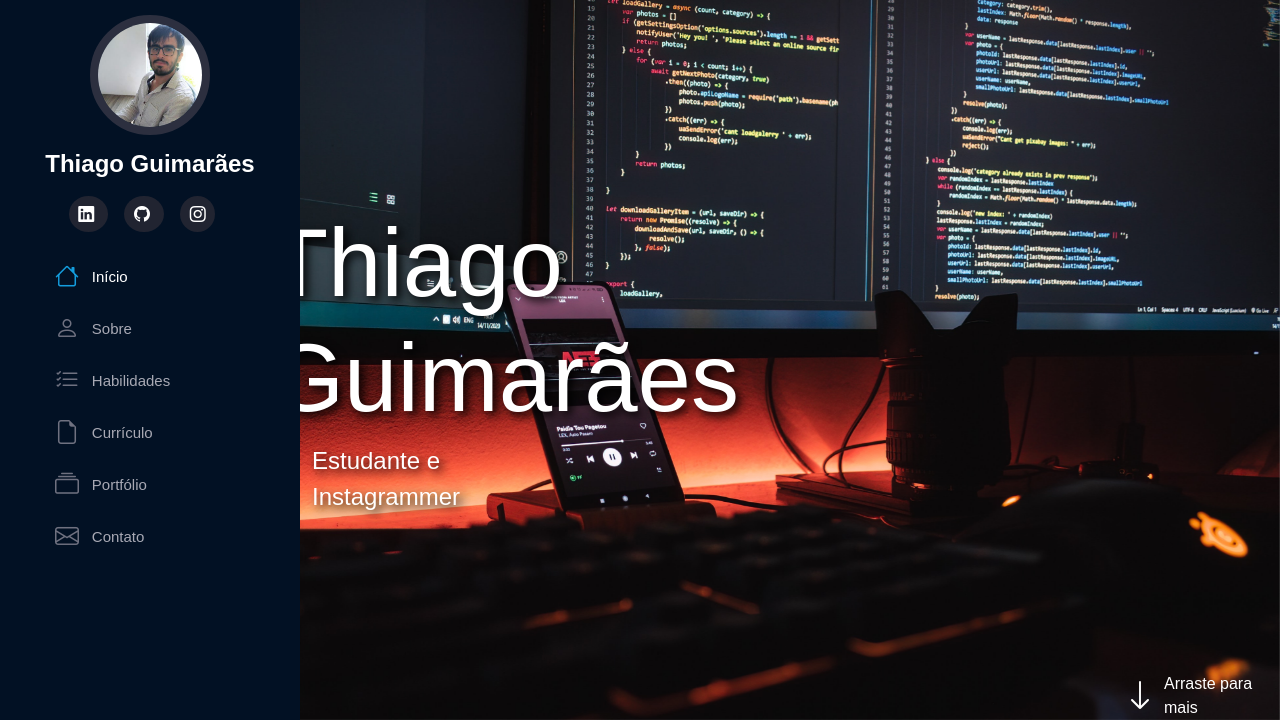
Repository: Rayago/projeto-portfolio
Page: http://localhost/
An editor plug-in stored every save of this project. The page is shown before and after the next save, followed by the edit.
The browser window is 1280 px wide. The pictures show the whole page.
Some web fonts or font styles are not loaded; a fallback is used. The page is served by the project's application, run on Flask 3 (app.py).

Above is the page before, as saved 2022-07-12 20:35:43.

After the next save:
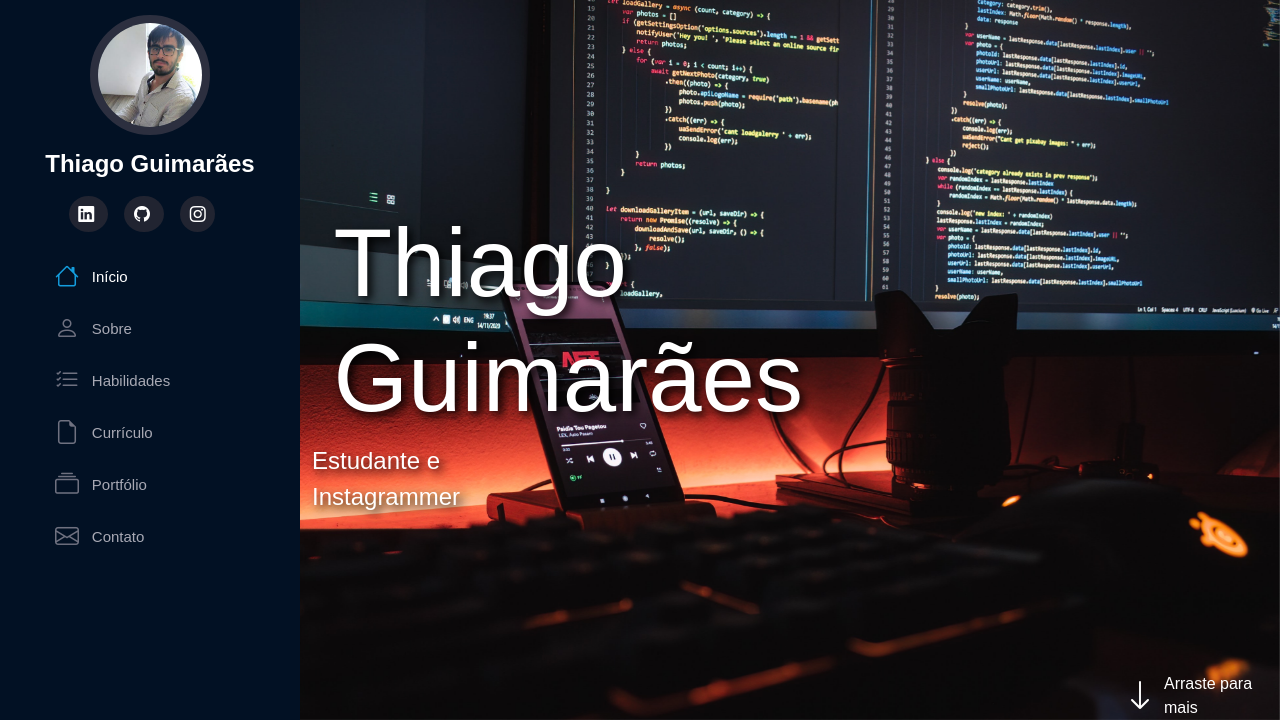
Saved 30 s later.
--- a/static/style.css
+++ b/static/style.css
@@ -104,6 +104,7 @@
 
 section#inicio h2{
     font-size: 6rem;
+    margin-left: 8rem;
 }
 
 section#inicio span#subtitle{

After the save that followed:
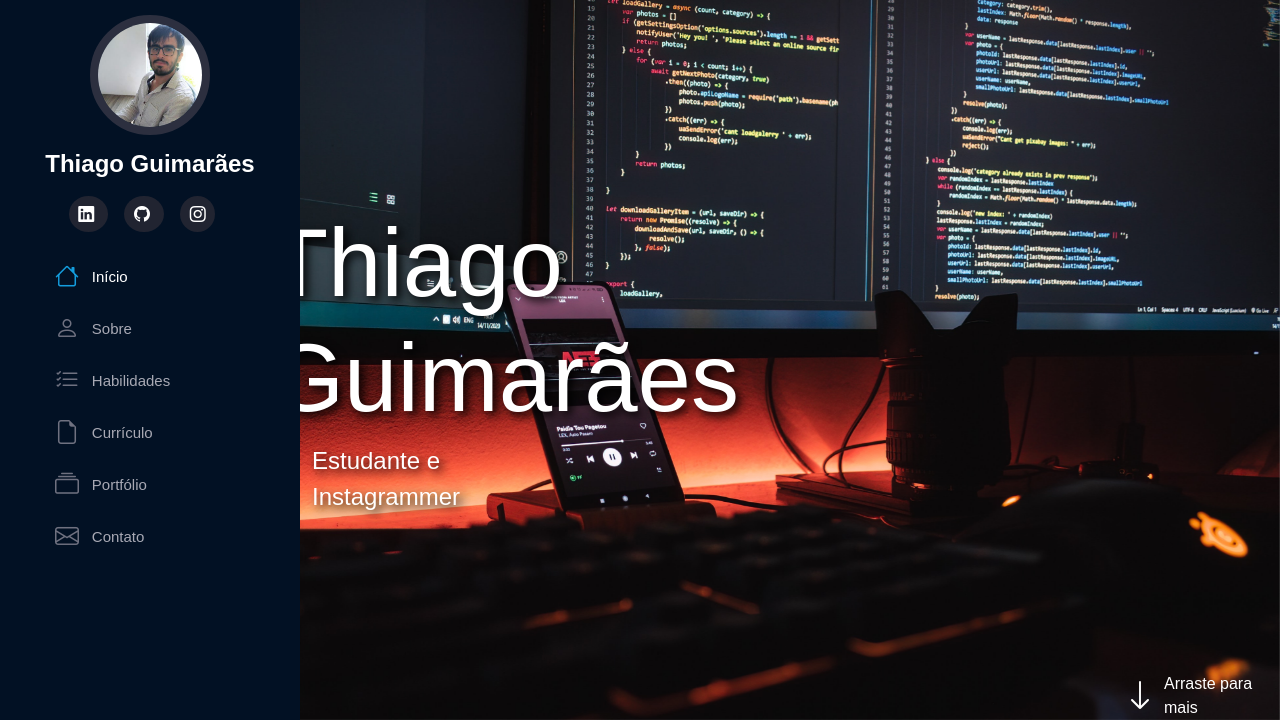
Saved 30 s later.
--- a/static/style.css
+++ b/static/style.css
@@ -105,6 +105,7 @@
 section#inicio h2{
     font-size: 6rem;
     margin-left: 8rem;
+    margin-right: 8rem;
 }
 
 section#inicio span#subtitle{
